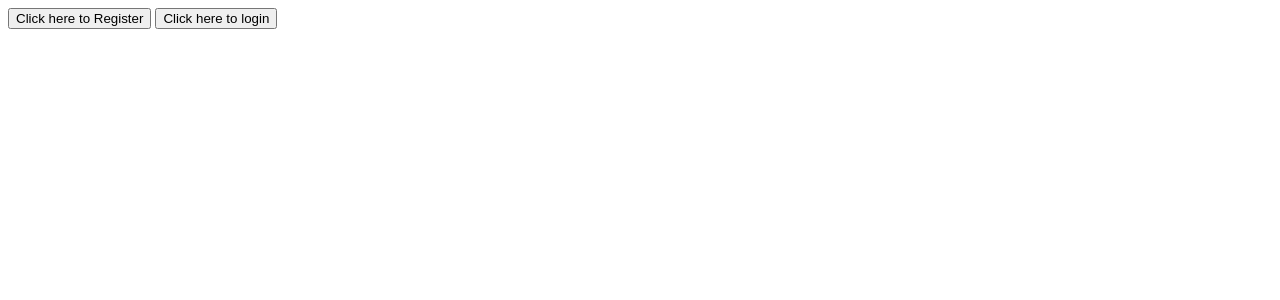
Repository: yhemachandra/ems
Page: http://localhost/ems/
An editor plug-in stored every save of this project. The page is shown before and after the next save, followed by the edit.
The browser window is 1280 px wide. The pictures show the whole page.
The page is served by Tomcat 9. Other server files are loaded and not shown.

Above is the page before, as saved 2024-10-18 06:53:04.

### ems/src/main/webapp/index.jsp
<%@ page language="java" contentType="text/html; charset=UTF-8"
    pageEncoding="UTF-8"%>
<!DOCTYPE html>
<html>
<head>
<meta charset="UTF-8">
<title>Index page</title>
</head>
<body>
	<a href="reg.jsp"><button>Click here to Register</button></a>
	<a href="login.jsp"><button>Click here to login</button></a>
</body>
</html>

After the next save:
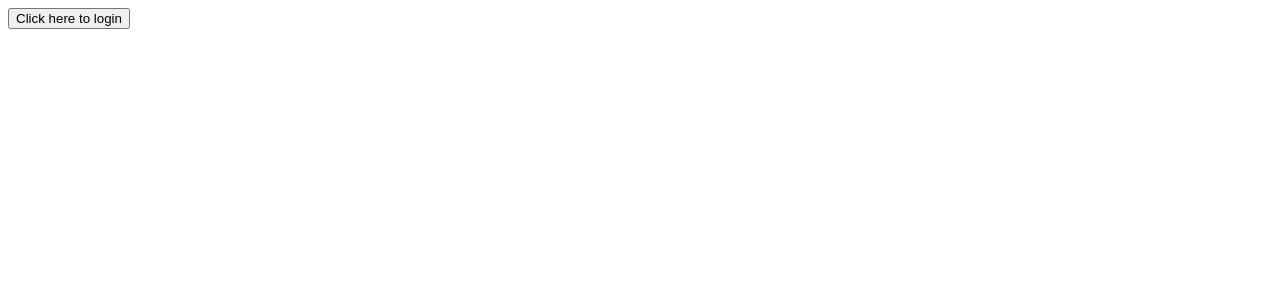
Saved 26 s later.
--- a/ems/src/main/webapp/index.jsp
+++ b/ems/src/main/webapp/index.jsp
@@ -7,7 +7,7 @@
 <title>Index page</title>
 </head>
 <body>
-	<a href="reg.jsp"><button>Click here to Register</button></a>
+
 	<a href="login.jsp"><button>Click here to login</button></a>
 </body>
 </html>
